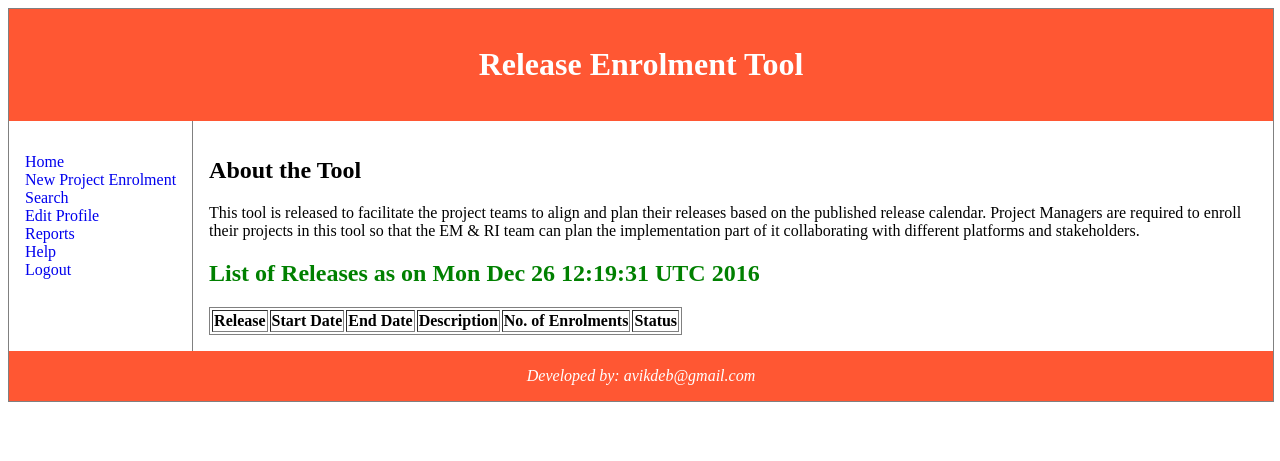
Repository: guribrar/enrolmentapp
Page: http://localhost/enrolmentapp/testlogin.jsp
These files come from the project's save history. The page is drawn as it stood at one moment and after the next save; the edit follows.
The browser window is 1280 px wide. The pictures show the whole page.
The page is served by Tomcat 9. Other server files are loaded and not shown. Queries for data that is not in the repository find no rows.

Above is the page before, as saved 2016-12-31 17:03:19.

### enrolmentapp/WebContent/testlogin.jsp
<%@page import="java.util.Date"%>
<%@ page language="java" contentType="text/html; charset=ISO-8859-1"
    pageEncoding="ISO-8859-1"%>

<%@ taglib uri="http://java.sun.com/jsp/jstl/sql" prefix="sql" %>
<%@ taglib uri="http://java.sun.com/jsp/jstl/core" prefix="c" %>

<!DOCTYPE html>

<sql:query var="rs" dataSource="jdbc/enrolmentapp">
	select * from enrolmentapp.release
</sql:query>

<html>
<head>
<style>
div.container {
    width: 100%;
    border: 1px solid gray;
}

header, footer {
    padding: 1em;
    color: white;
    background-color: #FF5733;
    clear: left;
    text-align: center;
}

nav {
    float: left;
    max-width: 160px;
    margin: 0;
    padding: 1em;
}

nav ul {
    list-style-type: none;
    padding: 0;
}

nav ul a {
    text-decoration: none;
}

article {
    margin-left: 170px;
    border-left: 1px solid gray;
    padding: 1em;
    overflow: hidden;
}
</style>
</head>
<body>

<div class="container">

<header>
   <h1>Release Enrolment Tool</h1>
</header>

<nav>
  <ul>
    <li><a href="testlogin.jsp">Home</a></li>
    <li><a href="underconstruction.jsp">New Project Enrolment</a></li>
    <li><a href="underconstruction.jsp">Search</a></li>
    <li><a href="underconstruction.jsp">Edit Profile</a></li>
    <li><a href="underconstruction.jsp">Reports</a></li>
    <li><a href="underconstruction.jsp">Help</a></li>
    <li><a href="login.jsp">Logout</a></li>
  </ul>
</nav>

<article>
  <h1>About the Tool</h1>
  <p>
  This tool is released to facilitate the project teams to align and plan their releases based on the published release calendar.
  Project Managers are required to enroll their projects in this tool so that the EM & RI team can plan the implementation part of it
  collaborating with different platforms and stakeholders.

  <h1><font color="green">List of Releases as on <%= new Date() %></font></h1>

  <table frame="box" border="1">

	<tr>
		<th>Release</th>
		<th>Start Date</th>
		<th>End Date</th>
		<th>Description</th>
		<th>No. of Enrolments</th>
		<th>Status</th>
	</tr>
	<c:forEach var="row" items="${rs.rows}">
	<tr>
		<td>${row.releasename}</td>
		<td>${row.releasestartdate}</td>
		<td>${row.releaseenddate}</td>
		<td>${row.desc}</td>
		<td>5</td>
		<td>${row.status}</td>
	</tr>
	</c:forEach>
</table>

</article>

<footer><i>Developed by: avikdeb@gmail.com</i></footer>

</div>

</body>
</html>

### enrolmentapp/WebContent/css/style.css
@CHARSET "ISO-8859-1";

div.container {
    width: 100%;
    border: 1px solid gray;
}

header, footer {
    padding: 1em;
    color: white;
    background-color: #FF5733;
    clear: left;
    text-align: center;
}

nav {
    float: left;
    max-width: 160px;
    margin: 0;
    padding: 1em;
}

nav ul {
    list-style-type: none;
    padding: 0;
}

nav ul a {
    text-decoration: none;
}

article {
    margin-left: 170px;
    border-left: 1px solid gray;
    padding: 1em;
    overflow: hidden;
}

After the next save:
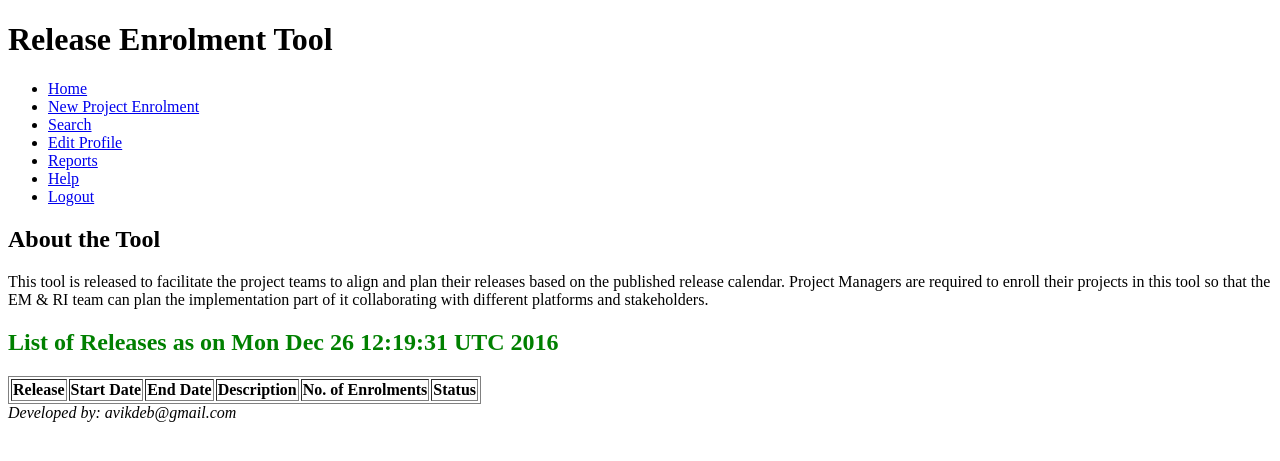
Not found: enrolmentapp/css/style.css
Saved 2 min 22 s later.
--- a/enrolmentapp/WebContent/testlogin.jsp
+++ b/enrolmentapp/WebContent/testlogin.jsp
@@ -13,43 +13,7 @@
 
 <html>
 <head>
-<style>
-div.container {
-    width: 100%;
-    border: 1px solid gray;
-}
-
-header, footer {
-    padding: 1em;
-    color: white;
-    background-color: #FF5733;
-    clear: left;
-    text-align: center;
-}
-
-nav {
-    float: left;
-    max-width: 160px;
-    margin: 0;
-    padding: 1em;
-}
-
-nav ul {
-    list-style-type: none;
-    padding: 0;
-}
-
-nav ul a {
-    text-decoration: none;
-}
-
-article {
-    margin-left: 170px;
-    border-left: 1px solid gray;
-    padding: 1em;
-    overflow: hidden;
-}
-</style>
+<link rel="stylesheet" type="text/css" href="/css/style.css">
 </head>
 <body>
 

After the save that followed:
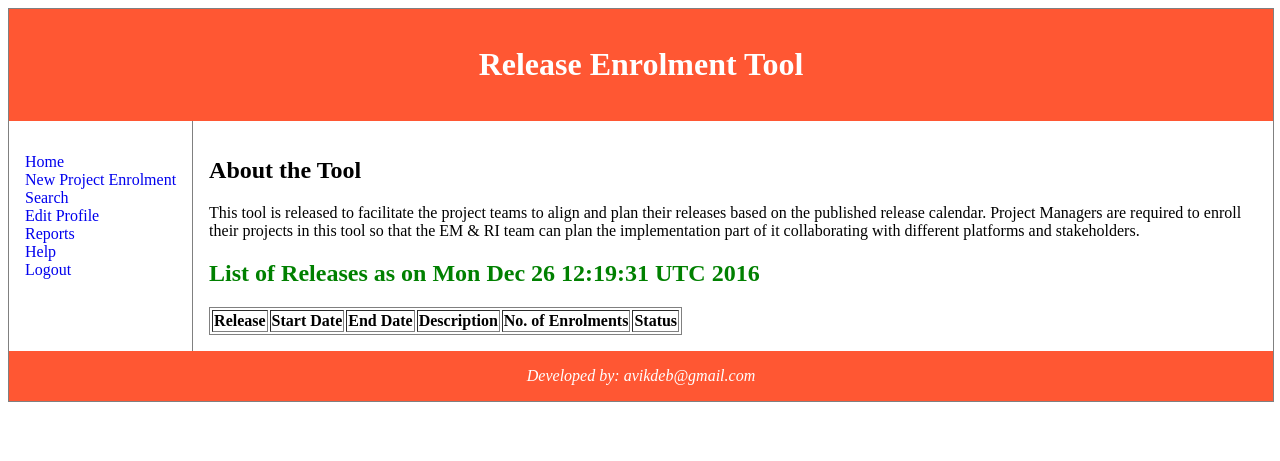
Saved 59 s later.
--- a/enrolmentapp/WebContent/testlogin.jsp
+++ b/enrolmentapp/WebContent/testlogin.jsp
@@ -13,7 +13,7 @@
 
 <html>
 <head>
-<link rel="stylesheet" type="text/css" href="/css/style.css">
+<link rel="stylesheet" type="text/css" href="css/style.css">
 </head>
 <body>
 
